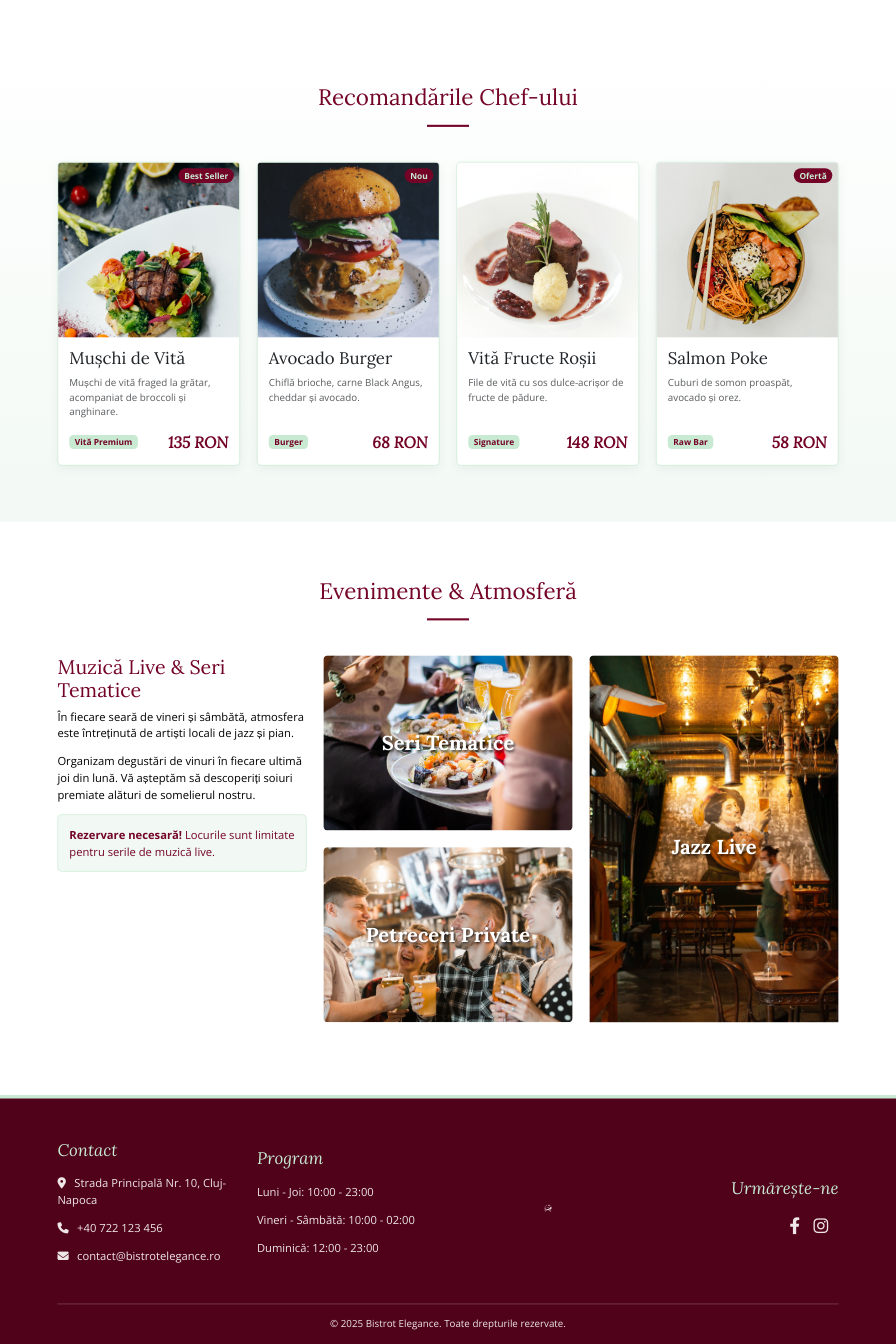
Repository: 912-Comsa-Teodora/bistrot-restaurant
Page: restaurant/index.html
The author's editor kept a copy of each file at every save. The page is drawn from the files as they stood at one save, then again after the next save.
The browser window is 1280 px wide. The pictures show the part of the page from y = 1176 to 3096 px (the page is 3096 px tall), at 70% of full size.
A picture or video elsewhere on the page could not be fetched, so the positions and the page height are approximate.

Above is the page before, as saved 2026-01-18 16:42:58.

### restaurant/index.html
<!DOCTYPE html>
<html lang="ro">
<head>
    <meta charset="UTF-8">
    <meta name="viewport" content="width=device-width, initial-scale=1.0">
    <meta name="description" content="Cel mai bun restaurant și bar din oraș. Atmosferă unică, meniu select.">
    <meta name="author" content="Numele Tau">

    <title>Bistrot Elegance - Restaurant & Bar</title>

    <link href="https://cdn.jsdelivr.net/npm/bootstrap@5.3.0/dist/css/bootstrap.min.css" rel="stylesheet">
    <link rel="stylesheet" href="https://cdnjs.cloudflare.com/ajax/libs/font-awesome/6.4.0/css/all.min.css">

    <link href="https://fonts.googleapis.com/css2?family=Lora:ital,wght@0,400;0,700;1,400&family=Open+Sans:wght@300;400;700&display=swap" rel="stylesheet">

    <style>
        :root {
            --primary-color: #740427;
            --primary-dark: #50021b;
            --mint-color: #C8EAD3;
            --mint-light: #F2F9F4;
            --text-dark: #000000;
            --white: #ffffff;
        }

        body {
            /* CHANGE 1: Applied Open Sans */
            font-family: 'Open Sans', sans-serif;
            color: var(--text-dark);
            padding-top: 65px;
            background-color: var(--white);
        }

        h1, h2, h3, h4, h5 {
            /* CHANGE 1: Applied Lora */
            font-family: 'Lora', serif;
            color: var(--primary-color);
        }

        .navbar {
            background-color: #fff;
            box-shadow: 0 2px 10px rgba(0,0,0,0.1);
            border-bottom: 1px solid var(--mint-color);
        }

        .navbar-brand img {
            max-height: 40px;
        }

        .nav-link {
            color: var(--primary-dark);
            font-weight: 700;
            text-transform: uppercase;
            font-size: 0.9rem;
        }

        .nav-link:hover {
            color: var(--primary-color);
        }


        #heroCarousel .carousel-item img {
            height: calc(100vh - 65px);
            object-fit: cover;
            filter: brightness(0.6);
        }

        .carousel-caption {
            top: 50%;
            transform: translateY(-50%);
            bottom: auto;
            width: 70%;
            left: 15%;
        }

        .carousel-caption p {
            margin-top: 0;
            margin-bottom: 1.5rem;
            font-size: 1.2rem;
            font-weight: 300;
            color: #fff;
        }

        .carousel-caption h2 {
            font-size: 4rem;
            color: #fff;
            text-shadow: 2px 2px 4px rgba(0,0,0,0.6);
        }


        section {
            padding: 80px 0;
        }

        .section-title {
            text-align: center;
            margin-bottom: 50px;
            position: relative;
        }

        .section-title::after {
            content: '';
            display: block;
            width: 60px;
            height: 3px;
            background-color: var(--primary-color);
            margin: 20px auto;
        }

        .bg-mint-gradient {
            background: linear-gradient(180deg, var(--white) 0%, var(--mint-light) 100%);
        }

        .card {
            border: 1px solid var(--mint-color);
            background-color: #fff;
            transition: transform 0.3s;
            box-shadow: 0 5px 15px rgba(0,0,0,0.05);
        }

        .card:hover {
            transform: translateY(-5px);
            border-color: var(--primary-color);
            box-shadow: 0 10px 30px rgba(116, 4, 39, 0.1);
        }

        .card-img-top {
            height: 250px;
            width: 100%;
            object-fit: cover;
            object-position: center;
        }

        .price-tag {
            /* CHANGE 1 & 2: Font Lora + Italic */
            font-family: 'Lora', serif;
            font-size: 1.4rem;
            font-weight: 700;
            color: var(--primary-color);
            font-style: italic; /* Added Italic */
        }


        .badge-custom-primary {
            background-color: var(--primary-color) !important;
            color: var(--mint-color);
        }

        .badge-custom-mint {
            background-color: var(--mint-color) !important;
            color: var(--primary-color);
            font-weight: 700;
        }

        /* EVENTS STYLING */
        /* CHANGE 3: Wrapper for images to hold the text */
        .event-wrapper {
            position: relative;
            overflow: hidden;
            border-radius: 0.375rem; /* Matches Bootstrap 'rounded' */
        }

        /* CHANGE 3: Text Overlay Style */
        .event-text-overlay {
            position: absolute;
            top: 50%;
            left: 50%;
            transform: translate(-50%, -50%);
            color: var(--white);
            font-family: 'Lora', serif;
            font-size: 1.8rem;
            font-weight: 700;
            text-shadow: 2px 2px 4px rgba(0,0,0,0.8);
            width: 100%;
            text-align: center;
            z-index: 2;
            pointer-events: none; /* Allows clicking through text if needed */
        }

        /* Optional: Darken image slightly to make text pop */
        .event-wrapper img {
            transition: transform 0.3s ease;
        }
        .event-wrapper:hover img {
            transform: scale(1.05);
        }

        @media (min-width: 992px) {
            .event-img-small {
                height: 250px;
                width: 100%;
                object-fit: cover;
            }
            .event-img-large {
                height: calc(500px + 1.5rem);
                width: 100%;
                object-fit: cover;
            }
        }


        footer {
            background-color: var(--primary-dark);
            color: #fff;
            padding: 60px 0 20px;
            border-top: 5px solid var(--mint-color);
        }

        footer h4 {
            color: var(--mint-color);
            margin-bottom: 20px;
            /* CHANGE 2: Footer Titles Italic */
            font-style: italic;
        }

        footer p, footer i {
            color: rgba(255, 255, 255, 0.9);
        }

        .social-icons a {
            color: #fff;
            font-size: 1.5rem;
            margin-right: 15px;
            transition: color 0.3s;
        }

        .social-icons a:hover {
            color: var(--mint-color);
        }

        /* New class for footer logo */
        .footer-logo {
            max-height: 10px;
            margin: 40px auto;
            display: block;
        }

        hr.bg-light {
             border-color: rgba(255,255,255,0.2);
        }
    </style>
</head>
<body>

    <header id="home">
        <nav class="navbar navbar-expand-lg navbar-light fixed-top">
            <div class="container">
                <a class="navbar-brand" href="index.html">
                    <img src="./pictures/Bistrot-Elegance-Logo-visiniu.png" alt="Logo Bistrot Elegance">
                </a>

                <button class="navbar-toggler" type="button" data-bs-toggle="collapse" data-bs-target="#navbarContent" aria-controls="navbarContent" aria-expanded="false" aria-label="Toggle navigation">
                    <span class="navbar-toggler-icon"></span>
                </button>

                <div class="collapse navbar-collapse" id="navbarContent">
                    <ul class="navbar-nav ms-auto mb-2 mb-lg-0">
                        <li class="nav-item">
                            <a class="nav-link" href="#home">Acasă</a>
                        </li>
                        <li class="nav-item">
                            <!-- LINK MODIFIED HERE TO OPEN PDF -->
                            <a class="nav-link" href="menu.pdf" target="_blank">Meniu</a>
                        </li>
                        <li class="nav-item">
                            <a class="nav-link" href="#despre">Despre Noi</a>
                        </li>
                        <li class="nav-item">
                            <a class="nav-link" href="#specialitati">Specialități</a>
                        </li>
                        <li class="nav-item">
                            <a class="nav-link" href="#evenimente">Evenimente</a>
                        </li>
                        <li class="nav-item">
                            <a class="nav-link" href="#contact">Contact</a>
                        </li>
                    </ul>
                </div>
            </div>
        </nav>
    </header>

    <div id="heroCarousel" class="carousel slide" data-bs-ride="carousel">
        <div class="carousel-inner">
            <div class="carousel-item active" data-bs-interval="3000">
                <img src="pictures/restaurant-imagine-principala.jpg" class="d-block w-100" alt="Interior restaurant">
                <div class="carousel-caption">
                    <p>Bine ați venit la</p>
                    <h2>Bistrot Elegance</h2>
                    <p>O experiență culinară de neuitat în inima orașului</p>
                </div>
            </div>

            <div class="carousel-item" data-bs-interval="3000">
                <img src="pictures/cover-bauturi.jpg" class="d-block w-100" alt="Bauturi">
                <div class="carousel-caption">
                    <h2>Cocktailuri Signature</h2>
                    <p>Mixologie rafinată pentru seri perfecte</p>
                </div>
            </div>

            <div class="carousel-item" data-bs-interval="3000">
                <img src="pictures/cover-mancare.jpg" class="d-block w-100" alt="Mancare">
                <div class="carousel-caption">
                    <h2>Gusturi Autentice</h2>
                    <p>Preparate create cu pasiune din ingrediente locale</p>
                </div>
            </div>

            <div class="carousel-item" data-bs-interval="3000">
                <img src="pictures/cover-desert.jpg" class="d-block w-100" alt="Desert">
                <div class="carousel-caption">
                    <h2>Deserturi Artizanale</h2>
                    <p>Finalul dulce perfect pentru orice masă</p>
                </div>
            </div>
        </div>
    </div>

    <section id="despre">
        <div class="container">
            <div class="row align-items-center">
                <div class="col-lg-6 mb-4 mb-lg-0">
                    <h2 class="mb-4">Povestea Noastră</h2>
                    <h3 class="mb-3" style="color: var(--text-dark); opacity: 0.8;">Tradiție și modernism din 2010</h3>
                    <p>
                        Situat într-o clădire istorică, <strong>Bistrot Elegance</strong> îmbină arhitectura clasică cu un design interior modern și vibrant. Ne mândrim cu o atmosferă care invită la relaxare și conversație, fiind locul ideal atât pentru întâlniri de afaceri, cât și pentru cine romantice.
                    </p>
                    <p>
                        Filozofia noastră culinară se bazează pe ingrediente locale, proaspete, reinterpretate într-o manieră internațională. Echipa noastră de bucătari pasionați lucrează zilnic pentru a oferi preparate care surprind prin gust și prezentare.
                    </p>
                </div>
                <div class="col-lg-6">
                    <img src="pictures/interior-restaurant.jpg" class="img-fluid rounded shadow" alt="Interior restaurant">
                </div>
            </div>
        </div>
    </section>

    <section id="specialitati" class="bg-mint-gradient">
        <div class="container">
            <h2 class="section-title">Recomandările Chef-ului</h2>
            <div class="row g-4">

                <div class="col-md-6 col-lg-3">
                    <div class="card h-100">
                        <span class="position-absolute top-0 end-0 badge rounded-pill badge-custom-primary m-2">
                            Best Seller
                        </span>
                        <img src="pictures/muschi-de-vita-cu-legume.jpg" class="card-img-top" alt="Vita">
                        <div class="card-body d-flex flex-column">
                            <h4 class="card-title">Mușchi de Vită</h4>
                            <p class="card-text small text-muted">Mușchi de vită fraged la grătar, acompaniat de broccoli și anghinare.</p>
                            <div class="mt-auto d-flex justify-content-between align-items-center">
                                <span class="badge badge-custom-mint">Vită Premium</span>
                                <span class="price-tag">135 RON</span>
                            </div>
                        </div>
                    </div>
                </div>

                <div class="col-md-6 col-lg-3">
                    <div class="card h-100">
                         <span class="position-absolute top-0 end-0 badge rounded-pill badge-custom-primary m-2">
                            Nou
                        </span>
                        <img src="pictures/avocado-gourmet-burger.jpg" class="card-img-top" alt="Burger">
                        <div class="card-body d-flex flex-column">
                            <h4 class="card-title">Avocado Burger</h4>
                            <p class="card-text small text-muted">Chiflă brioche, carne Black Angus, cheddar și avocado.</p>
                            <div class="mt-auto d-flex justify-content-between align-items-center">
                                <span class="badge badge-custom-mint">Burger</span>
                                <span class="price-tag">68 RON</span>
                            </div>
                        </div>
                    </div>
                </div>

                 <div class="col-md-6 col-lg-3">
                    <div class="card h-100">
                        <img src="pictures/vita-cu-fructe-rosii.jpg" class="card-img-top" alt="Vita fructe rosii">
                        <div class="card-body d-flex flex-column">
                            <h4 class="card-title">Vită Fructe Roșii</h4>
                            <p class="card-text small text-muted">File de vită cu sos dulce-acrișor de fructe de pădure.</p>
                            <div class="mt-auto d-flex justify-content-between align-items-center">
                                <span class="badge badge-custom-mint">Signature</span>
                                <span class="price-tag">148 RON</span>
                            </div>
                        </div>
                    </div>
                </div>

                <div class="col-md-6 col-lg-3">
                    <div class="card h-100">
                        <span class="position-absolute top-0 end-0 badge rounded-pill badge-custom-primary m-2">
                            Ofertă
                        </span>
                        <img src="pictures/salmon-poke.jpg" class="card-img-top" alt="Poke">
                        <div class="card-body d-flex flex-column">
                            <h4 class="card-title">Salmon Poke</h4>
                            <p class="card-text small text-muted">Cuburi de somon proaspăt, avocado și orez.</p>
                            <div class="mt-auto d-flex justify-content-between align-items-center">
                                <span class="badge badge-custom-mint">Raw Bar</span>
                                <span class="price-tag">58 RON</span>
                            </div>
                        </div>
                    </div>
                </div>

            </div>
        </div>
    </section>

    <section id="evenimente">
        <div class="container">
            <h2 class="section-title">Evenimente & Atmosferă</h2>
            <div class="row">
                <div class="col-lg-4 mb-4">
                    <h3>Muzică Live & Seri Tematice</h3>
                    <p>În fiecare seară de vineri și sâmbătă, atmosfera este întreținută de artiști locali de jazz și pian.</p>
                    <p>Organizam degustări de vinuri în fiecare ultimă joi din lună. Vă așteptăm să descoperiți soiuri premiate alături de somelierul nostru.</p>
                    <div class="alert alert-info mt-3" style="background-color: var(--mint-light); border-color: var(--mint-color); color: var(--primary-color);">
                        <strong>Rezervare necesară!</strong> Locurile sunt limitate pentru serile de muzică live.
                    </div>
                </div>

                <div class="col-lg-4 col-md-6 mb-4">

                    <div class="event-wrapper mb-4">
                        <img src="pictures/seara-tematica-sushi.jpg" class="img-fluid w-100 event-img-small" alt="Live">
                        <div class="event-text-overlay">Seri Tematice</div>
                    </div>

                    <div class="event-wrapper">
                        <img src="pictures/petrecere-privata.jpg" class="img-fluid w-100 event-img-small" alt="Vin">
                        <div class="event-text-overlay">Petreceri Private</div>
                    </div>
                </div>

                <div class="col-lg-4 col-md-6">
                    <div class="event-wrapper h-100">
                        <img src="pictures/seara-de-jazz.jpg" class="img-fluid w-100 event-img-large" alt="Party">
                        <div class="event-text-overlay">Jazz Live</div>
                    </div>
                </div>

            </div>
        </div>
    </section>

    <footer id="contact">
        <div class="container">
            <div class="row align-items-center">
                <div class="col-md-3 mb-4">
                    <h4>Contact</h4>
                    <p><i class="fas fa-map-marker-alt me-2"></i> Strada Principală Nr. 10, Cluj-Napoca</p>
                    <p><i class="fas fa-phone me-2"></i> +40 722 123 456</p>
                    <p><i class="fas fa-envelope me-2"></i> contact@bistrotelegance.ro</p>
                </div>

                <div class="col-md-3 mb-4">
                    <h4>Program</h4>
                    <p>Luni - Joi: 10:00 - 23:00</p>
                    <p>Vineri - Sâmbătă: 10:00 - 02:00</p>
                    <p>Duminică: 12:00 - 23:00</p>
                </div>

                <div class="col-md-3 mb-4 text-center">
                    <img src="./pictures/Bistrot-Elegance-Logo.png" alt="Logo Bistrot Elegance" class="footer-logo img-fluid">
                </div>

                <div class="col-md-3 mb-4 text-md-end text-center">
                    <h4>Urmărește-ne</h4>
                    <div class="social-icons">
                        <a href="https://www.instagram.com/p/DTpjjSEiNyFa9zL6V36H__r-7ydWBVExPYOuuw0/?igsh=MWZ2dzEzcHJvdDZu" aria-label="Facebook"><i class="fab fa-facebook-f"></i></a>
                        <a href="https://www.instagram.com/bistrotelegance?igsh=MXN3Zzh1YTdrY3Y3cw%3D%3D&utm_source=qr" aria-label="Instagram"><i class="fab fa-instagram"></i></a>
                    </div>
                </div>
            </div>

            <hr class="bg-light">

            <div class="row">
                <div class="col-12 text-center">
                    <p class="small mb-0">&copy; 2025 Bistrot Elegance. Toate drepturile rezervate.</p>
                </div>
            </div>
        </div>
    </footer>

    <script src="https://cdn.jsdelivr.net/npm/bootstrap@5.3.0/dist/js/bootstrap.bundle.min.js"></script>
</body>
</html>

After the next save:
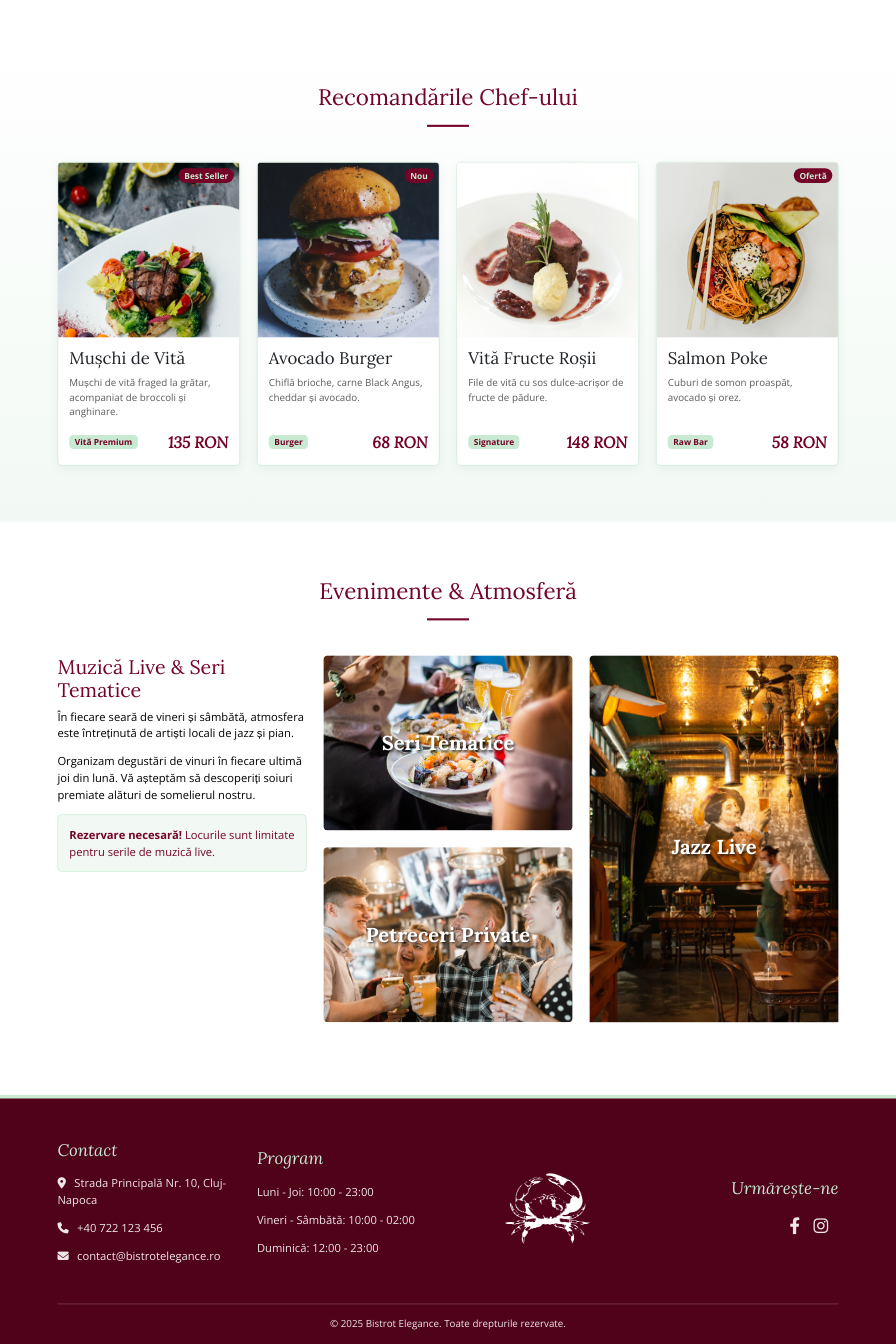
Saved 12 s later.
--- a/restaurant/index.html
+++ b/restaurant/index.html
@@ -230,7 +230,7 @@
 
         /* New class for footer logo */
         .footer-logo {
-            max-height: 10px;
+            max-height: 100px;
             margin: 40px auto;
             display: block;
         }
